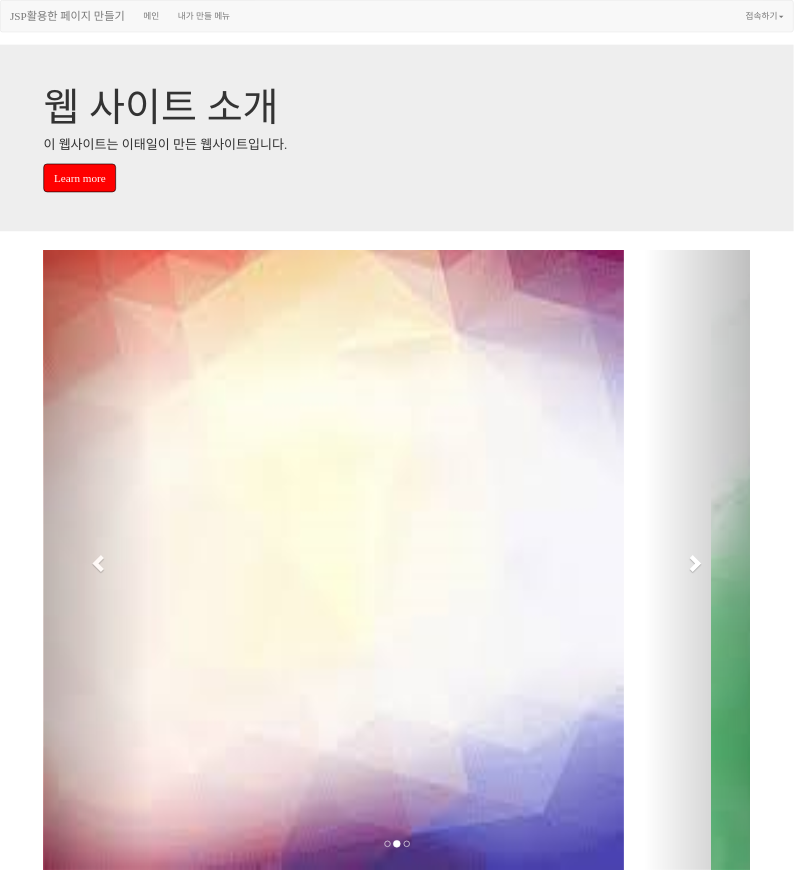
Repository: taeillee1/Newstudy
Page: http://localhost/SpringMVCJava/WEB-INF/views/mainpage.jsp
These files come from the project's save history. The page is drawn as it stood at one moment and after the next save; the edit follows.
The browser window is 1280 px wide. The pictures show the whole page, at 62% of full size.
Some web fonts or font styles are not loaded; a fallback is used. Some web libraries are served in a nearby version. The page is served by Tomcat 9. Nobody is signed in. Other server files are loaded and not shown. The template is opened directly, without the code that normally fills it, so the values that code supplies are empty.

Above is the page before, as saved 2022-01-08 10:50:10.

### Newpage/SpringMVCJava/src/main/webapp/WEB-INF/views/mainpage.jsp
<%@ page language="java" contentType="text/html; charset=UTF-8"
    pageEncoding="UTF-8"%>
<%@ page import="java.io.PrintWriter" %>
<!DOCTYPE html>
<html>
<head>
<meta http-equiv="Content-Type" content="text/html; charset=UTF-8">
<meta name="viewport" content="width=device-width",initial-scale="1">
<link rel="stylesheet" type="text/css" href="https://stackpath.bootstrapcdn.com/bootstrap/3.1.1/css/bootstrap.min.css">
<link rel="stylesheet" type="text/css" href="css/onlymine.css">
<title>Insert title here</title>
<style>
	.hi{
		background-color:yellow;
		font-size:30px;
	}
</style>
</head>
<body>
	<%
		String userID=null;
		if(session.getAttribute("userID") != null){
			userID=(String)session.getAttribute("userID");
		}
	%>
	<nav class="navbar navbar-default">
		<div class="navbar-header">
			<a class="navbar-brand" href ="mainpage">JSP활용한 페이지 만들기</a>
			<button type="button" class="navbar-toggle collapsed" data-toggle="collapse"
			data-target="#bs-example-navbar-collapse-1" aria-expanded="false"> <!-- collapse는 숨기기 기능  -->
				<span class="icon-bar"></span>
				<span class="icon-bar"></span>
				<span class="icon-bar"></span>

			</button>
		</div>
		<div class="collapse navbar-collapse" id =bs-example-navbar-collapse-1>
			<ul class="nav navbar-nav">
				<li><a href="mainpage">메인</a></li>
				<li><a href="Mymenu">내가 만들 메뉴</a></li>
			</ul>

			<%
			if(userID==null){
			%>
			<ul class="nav navbar-nav navbar-right">
				<li class="dropdown">
					<a href="#" class="dropdown-toggle" data-toggle="dropdown" role="button" aria-haspopup="true"
					aria-expanded="false">접속하기<span class="caret"></span></a>
					<ul class="dropdown-menu">
						<li><a href="login">로그인</a></li>
						<li><a href="join">회원가입</a></li>
					</ul>
				</li>
			</ul>
			<%
				}else{
			%>
			<ul class="nav navbar-nav navbar-right">
				<li class="dropdown">
					<a href="#" class="dropdown-toggle" data-toggle="dropdown" role="button" aria-haspopup="true"
					aria-expanded="false">회원관리<span class="caret"></span></a>
					<ul class="dropdown-menu">
						<li class="hi"><a href="#"><%= userID %></a></li>
						<li><a href="logoutAction">로그아웃</a></li>

					</ul>
				</li>
			</ul>
			<%
				}
			%>

		</div>
	</nav>
	<div class="jumbotron">
		<div class="container">
			<h1>웹 사이트 소개</h1>
			<p>이 웹사이트는 이태일이 만든 웹사이트입니다.</p>
			<p><a class="btn btn-primary btn-lg" href="#" role="button" style = "background-color: red; border-color:black;">Learn more</a></p>
		</div>
	</div>
	<div class="container">
		<div id="myCarousel" class="carousel slide" data-ride="carousel">
			<ol class="carousel-indicators">
				<li data-target="#myCarousel" data-slide-to="0" class="active"></li>
				<li data-target="#myCarousel" data-slide-to="1" class="active"></li>
				<li data-target="#myCarousel" data-slide-to="1" class="active"></li>
			</ol>
			<div class="carousel-inner">
				<div class="item active">
					<img src="image/im1.png">
				</div>
				<div class="item">
					<img src="image/im2.png">
				</div>
				<div class="item">
					<img src="image/im3.png">
				</div>
			</div>
			<a class="left carousel-control" href="#myCarousel" data-slide="prev">
				<span class="glyphicon glyphicon-chevron-left"></span>
			</a>
			<a class="right carousel-control" href="#myCarousel" data-slide="next">
				<span class="glyphicon glyphicon-chevron-right"></span>
			</a>
		</div>
	</div>


	<script src="http://code.jquery.com/jquery-3.1.1.min.js"></script>
	<script src="js/bootstrap.js"></script>
</body>
</html>

### Newpage/SpringMVCJava/src/main/webapp/resources/css/onlymine.css
@import url(http://fonts.googleapis.com/earlyaccess/nanumgothic.css);
@import url(http://fonts.googleapis.com/earlyaccess/hanna.css);
*{
	font-family : 'Nanum Gothic';
}
h1{
	font-family : 'Hanna';
}

Loaded but not shown: Newpage/SpringMVCJava/src/main/webapp/resources/js/bootstrap.js (library)

After the next save:
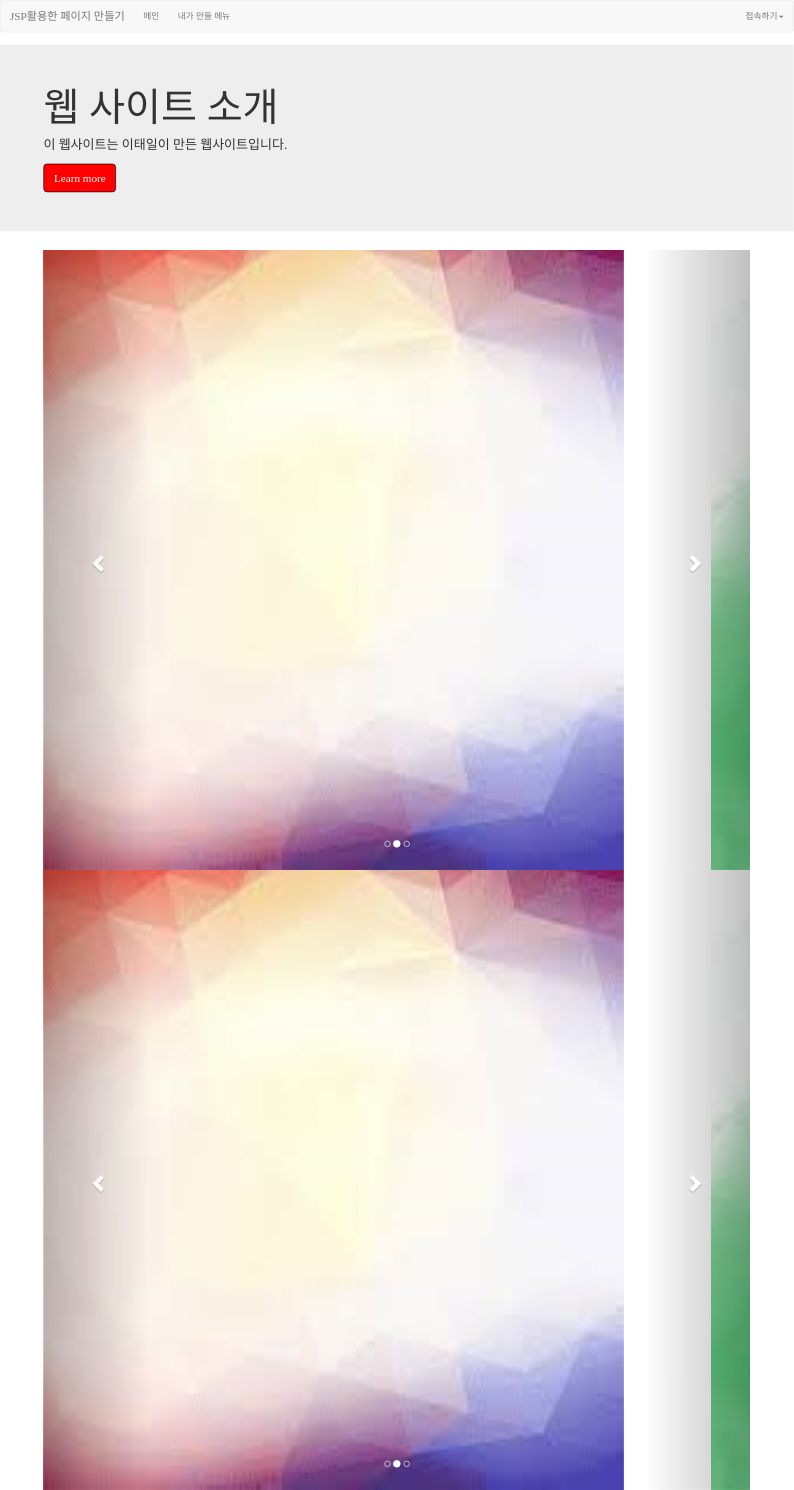
Saved 74 s later.
--- a/Newpage/SpringMVCJava/src/main/webapp/WEB-INF/views/mainpage.jsp
+++ b/Newpage/SpringMVCJava/src/main/webapp/WEB-INF/views/mainpage.jsp
@@ -106,6 +106,32 @@
 			</a>
 		</div>
 	</div>
+	<div class="container">
+		<div id="myCarousel" class="carousel slide" data-ride="carousel">
+			<ol class="carousel-indicators">
+				<li data-target="#myCarousel" data-slide-to="0" class="active"></li>
+				<li data-target="#myCarousel" data-slide-to="1" class="active"></li>
+				<li data-target="#myCarousel" data-slide-to="1" class="active"></li>
+			</ol>
+			<div class="carousel-inner">
+				<div class="item active">
+					<img src="image/im1.png">
+				</div>
+				<div class="item">
+					<img src="image/im2.png">
+				</div>
+				<div class="item">
+					<img src="image/imimim.png">
+				</div>
+			</div>
+			<a class="left carousel-control" href="#myCarousel" data-slide="prev">
+				<span class="glyphicon glyphicon-chevron-left"></span>
+			</a>
+			<a class="right carousel-control" href="#myCarousel" data-slide="next">
+				<span class="glyphicon glyphicon-chevron-right"></span>
+			</a>
+		</div>
+	</div>
 
 
 	<script src="http://code.jquery.com/jquery-3.1.1.min.js"></script>

After the 3 saves that followed:
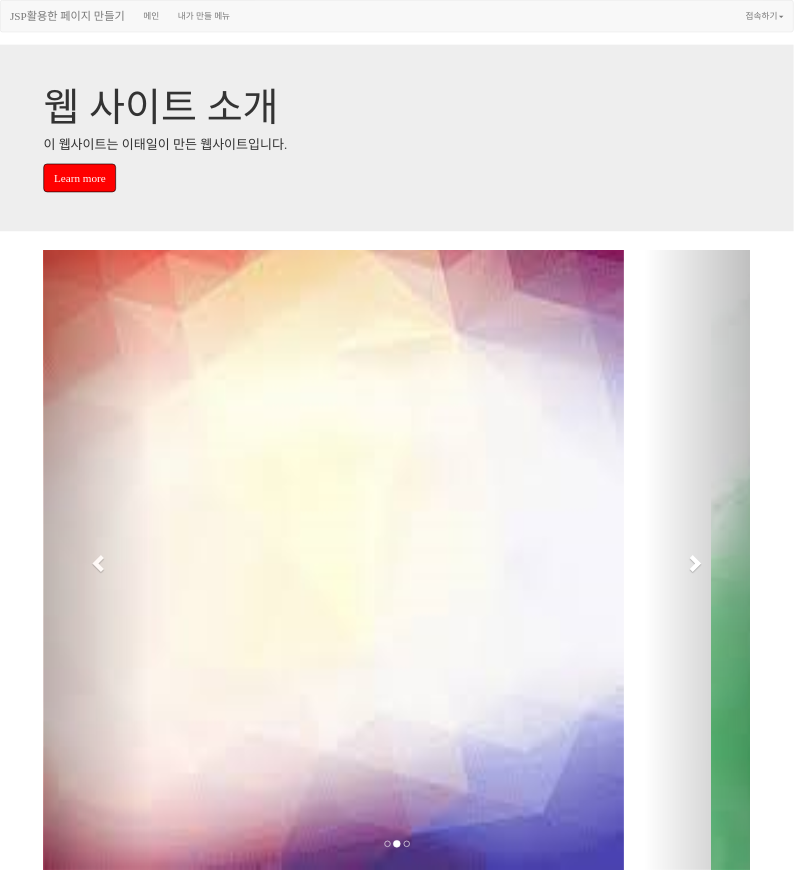
The 3 saves are shown as one change because 2 left the picture as it was.
The last was saved 64 s later.
--- a/Newpage/SpringMVCJava/src/main/webapp/WEB-INF/views/mainpage.jsp
+++ b/Newpage/SpringMVCJava/src/main/webapp/WEB-INF/views/mainpage.jsp
@@ -85,7 +85,7 @@
 			<ol class="carousel-indicators">
 				<li data-target="#myCarousel" data-slide-to="0" class="active"></li>
 				<li data-target="#myCarousel" data-slide-to="1" class="active"></li>
-				<li data-target="#myCarousel" data-slide-to="1" class="active"></li>
+				<li data-target="#myCarousel" data-slide-to="2" class="active"></li>
 			</ol>
 			<div class="carousel-inner">
 				<div class="item active">
@@ -106,32 +106,6 @@
 			</a>
 		</div>
 	</div>
-	<div class="container">
-		<div id="myCarousel" class="carousel slide" data-ride="carousel">
-			<ol class="carousel-indicators">
-				<li data-target="#myCarousel" data-slide-to="0" class="active"></li>
-				<li data-target="#myCarousel" data-slide-to="1" class="active"></li>
-				<li data-target="#myCarousel" data-slide-to="1" class="active"></li>
-			</ol>
-			<div class="carousel-inner">
-				<div class="item active">
-					<img src="image/im1.png">
-				</div>
-				<div class="item">
-					<img src="image/im2.png">
-				</div>
-				<div class="item">
-					<img src="image/imimim.png">
-				</div>
-			</div>
-			<a class="left carousel-control" href="#myCarousel" data-slide="prev">
-				<span class="glyphicon glyphicon-chevron-left"></span>
-			</a>
-			<a class="right carousel-control" href="#myCarousel" data-slide="next">
-				<span class="glyphicon glyphicon-chevron-right"></span>
-			</a>
-		</div>
-	</div>
 
 
 	<script src="http://code.jquery.com/jquery-3.1.1.min.js"></script>
